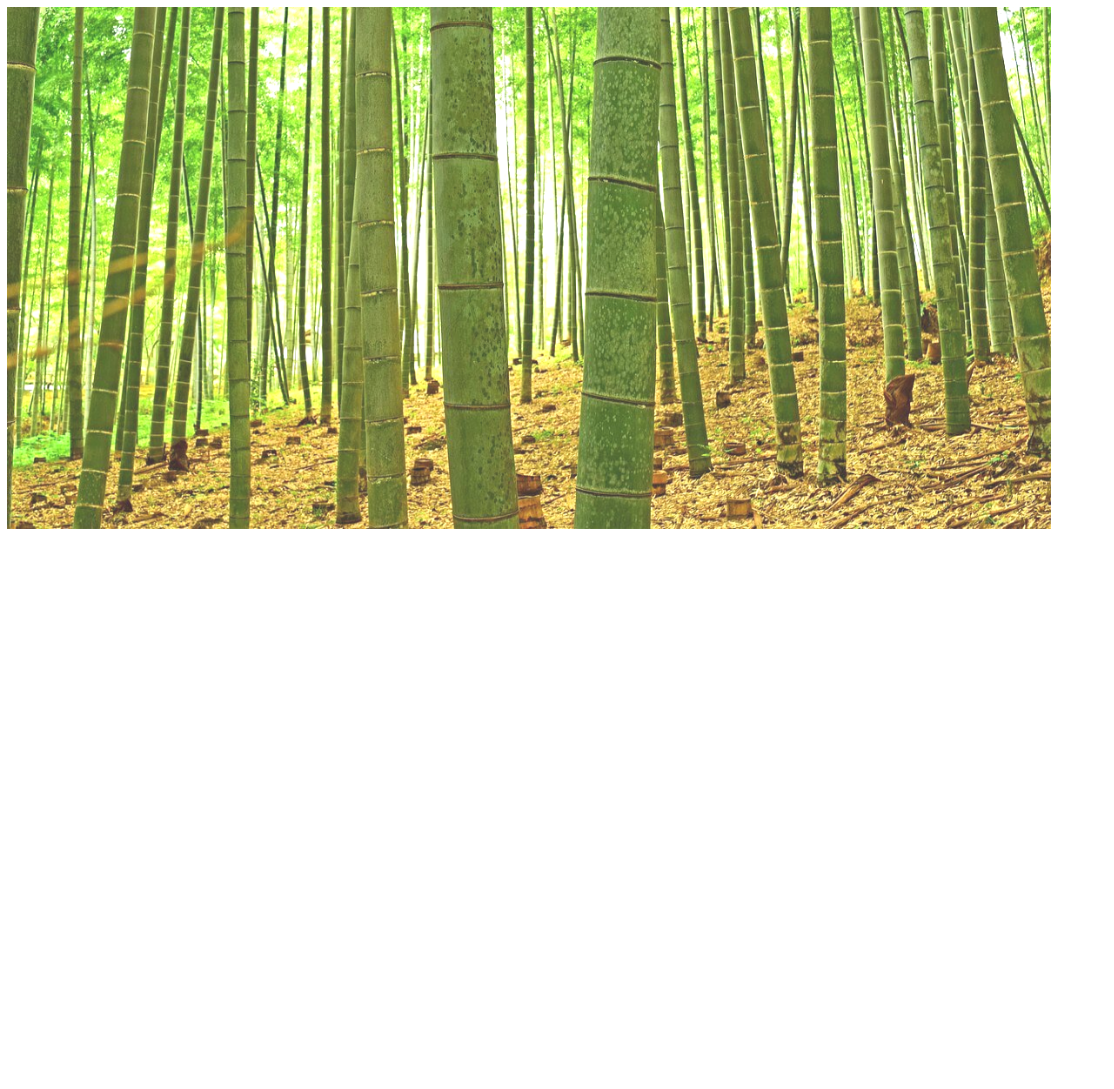
Repository: tanasa-mircea/playground
Page: canvas-filters/index.html
An editor plug-in stored every save of this project. The page is shown before and after the next save, followed by the edit.
The browser window is 1280 px wide. The pictures show the whole page, at 87% of full size.

Above is the page before, as saved 2019-02-08 11:20:42.

### canvas-filters/index.html
<!DOCTYPE html>
<html>
<head>
  <meta charset="utf-8">
  <meta http-equiv="X-UA-Compatible" content="IE=edge">
  <title>Page Title</title>
  <meta name="viewport" content="width=device-width, initial-scale=1">
</head>
<body>
  <canvas id="myCanvas"></canvas>
  <img id="bamboo" src="bamboo.jpg" style="visibility: hidden;">

  <script src="main.js"></script>
</body>
</html>

### canvas-filters/main.js
var config = {
  canvasWidth: 1200,
  canvasHeight: 600
}

var canvas,
    canvasContext,
    image,
    imageData;


function initCanvas() {
  canvas = document.getElementById("myCanvas");
  canvas.width = config.canvasWidth;
  canvas.height = config.canvasHeight;
  canvasContext = canvas.getContext("2d");
  image = document.getElementById("bamboo");
  canvasContext.drawImage(image, 0, 0, config.canvasWidth, config.canvasHeight);
  imageData = canvasContext.getImageData(0, 0, config.canvasWidth, config.canvasHeight);

  // applyFilter(makeGrayscale, imageData);
  applyFilter(adjustBrightness, imageData, {
    change: 50
  });
  // applyFilter(makeSepia, imageData);
}

function applyFilter(filterFunction, data, options) {
  var mutatedPixels = filterFunction(data, options);
  canvasContext.putImageData(mutatedPixels, 0, 0);
}

function makeGrayscale(pixels) {
  var data = pixels.data;
  for (var i=0; i<data.length; i+=4) {
    var r = data[i];
    var g = data[i+1];
    var b = data[i+2];
    var mutatedColors = 0.2126*r + 0.7152*g + 0.0722*b;
    data[i] = data[i+1] = data[i+2] = mutatedColors
  }
  return pixels;
}

function adjustBrightness(pixels, options) {
  var data = pixels.data;
  for (var i=0; i<data.length; i+=4) {
    data[i] += options.change;
    data[i+1] += options.change;
    data[i+2] += options.change;
  }
  return pixels;
}

function makeSepia(pixels) {
  var data = pixels.data;
  for (var i=0; i<data.length; i+=4) {
    var r = data[i];
    var g = data[i+1];
    var b = data[i+2];
    var mutatedColors = 0.2126*r + 0.7152*g + 0.0722*b;
    data[i] = data[i+1] = data[i+2] = mutatedColors
  }
  return pixels;
}

window.onload = function() {
  initCanvas();
}

After the next save:
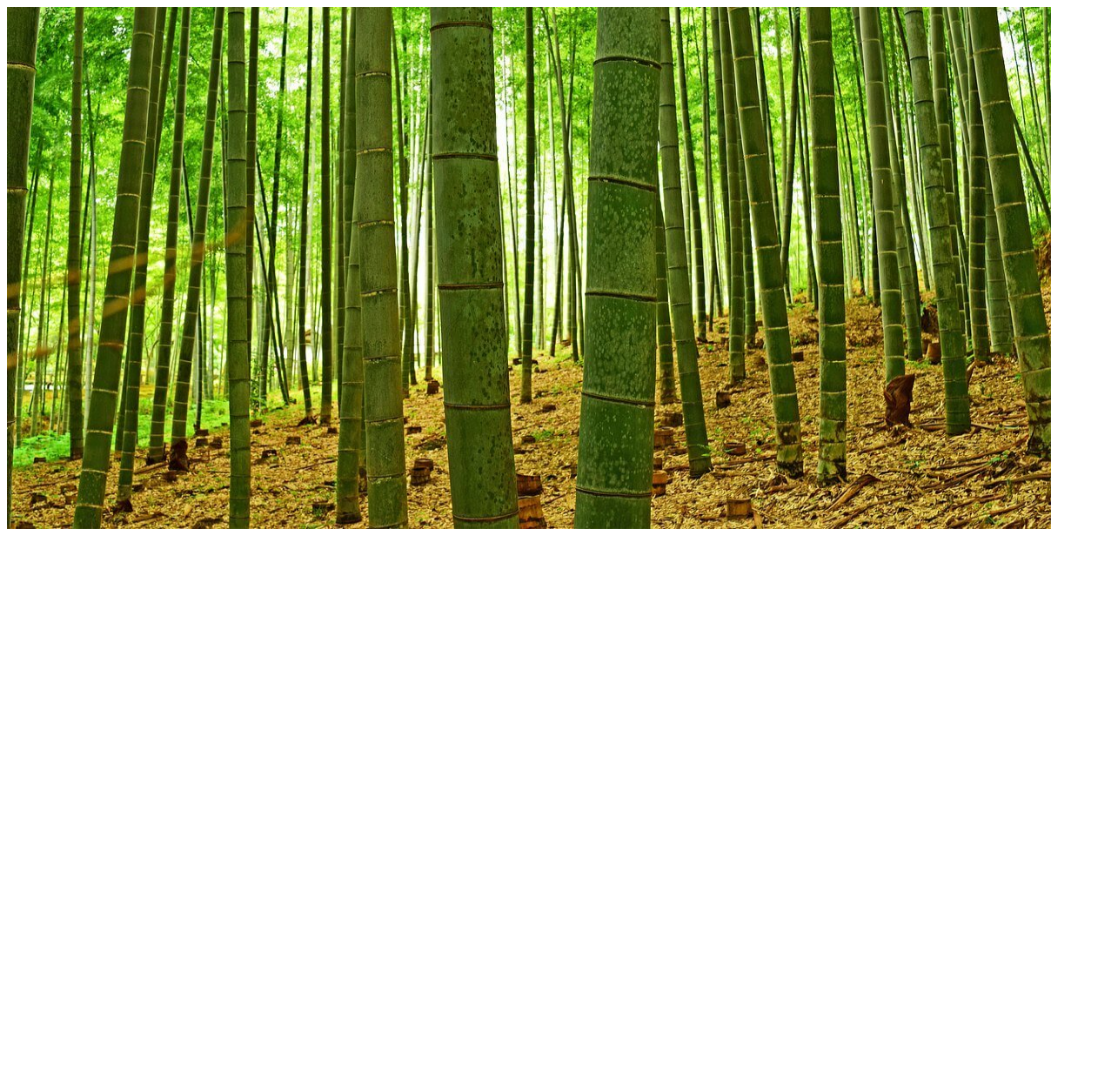
Saved 4 s later.
--- a/canvas-filters/main.js
+++ b/canvas-filters/main.js
@@ -19,9 +19,9 @@ function initCanvas() {
   imageData = canvasContext.getImageData(0, 0, config.canvasWidth, config.canvasHeight);
 
   // applyFilter(makeGrayscale, imageData);
-  applyFilter(adjustBrightness, imageData, {
-    change: 50
-  });
+  // applyFilter(adjustBrightness, imageData, {
+  //   change: 50
+  // });
   // applyFilter(makeSepia, imageData);
 }
 
